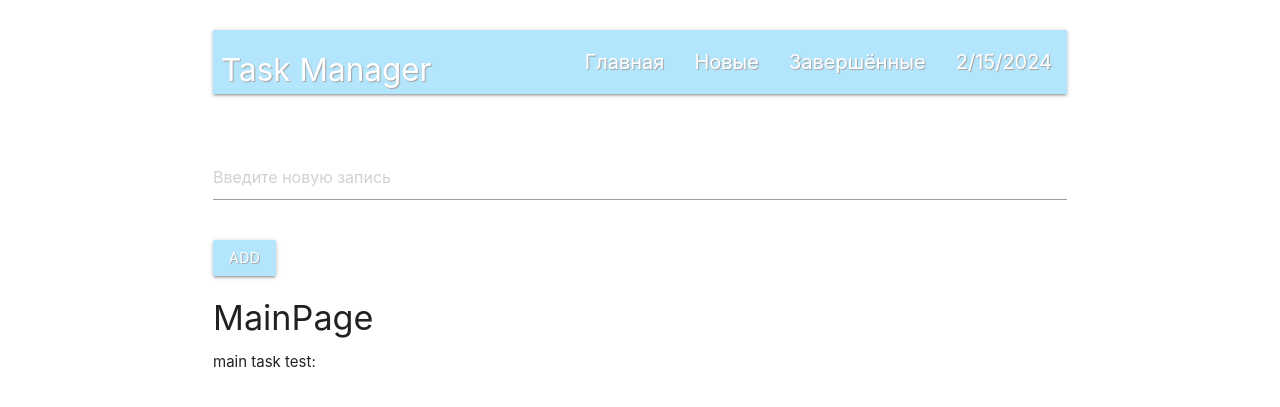
Repository: iveivs/myReactTaskManager
Page: /, after clicking the first element matching `button.btn`
The author's editor kept a copy of each file at every save. The page is drawn from the files as they stood at one save, then again after a run of saves.
The browser window is 1280 px wide. The pictures show the whole page.
The project was rebuilt for these pictures with package versions that can differ from the ones it lists, and the page was loaded fresh each time. Also part of the build but not shown: vite.config.js, src/components/DoneTasks.jsx, src/components/NewTasks.jsx.

Above is the page before, as saved 2024-02-15 15:17:22.

### index.html
<!doctype html>
<html lang="en">
  <head>
    <meta charset="UTF-8" />
    <link rel="icon" type="image/svg+xml" href="/vite.svg" />
    <meta name="viewport" content="width=device-width, initial-scale=1.0" />
    <link rel="stylesheet" href="https://cdnjs.cloudflare.com/ajax/libs/materialize/1.0.0/css/materialize.min.css">
    <link href="https://fonts.googleapis.com/icon?family=Material+Icons" rel="stylesheet">
    <title>Task Manager</title>
  </head>
  <body>
    <div id="root"></div>
    <script type="module" src="/src/main.jsx"></script>
  </body>
</html>

### src/main.jsx
import React from 'react'
import ReactDOM from 'react-dom/client'
import { BrowserRouter } from 'react-router-dom';
import App from './App.jsx'
import './index.css'

ReactDOM.createRoot(document.getElementById('root')).render(
  <BrowserRouter>
    <App />
  </BrowserRouter>,
)

### src/App.jsx
import { useState, useEffect } from 'react'
import { Routes, Route } from 'react-router-dom'
import './App.css'
import DoneTasks from './components/DoneTasks'
import Header from './components/Header'
import MainPage from './components/MainPage'
import NewTasks from './components/NewTasks'
import { DataContext } from './components/DataContext'

function App() {
  const [input, setInput] = useState('')
  const [tasks, setTasks] = useState()


  // localStorage.setItem('tasks', JSON.stringify(tasks))
  const renderLocalStorageData = () => {
    const data = localStorage.getItem("tasks")
    console.log(data);
    if (data) {
        return JSON.parse(data);
    } else {
        return []
    }
}

useEffect(()=> {
  setTasks(renderLocalStorageData)
}, [])

  const handleChange = (event) => {
    setInput(event.target.value)
  }

  const handleClick = () => {
    let id = tasks.length > 0 ? tasks[tasks.length - 1].id + 1 : 1
    const newTask = {
      task: input,
      id: id
    }
    // console.log('newTask',newTask);

    setTasks([...tasks, newTask])

    localStorage.setItem('tasks', JSON.stringify(tasks))

    setInput('')
    console.log('tasks',tasks);
  }

  return (
    <>
    <DataContext.Provider value={{
      tasks,
      setTasks
    }}>
      <div className="container">
        <Header  />
        <input
          placeholder='Введите новую запись'
          className='inputMain'
          value={input}
          onChange={(e) => handleChange(e)}
          type="text" />
        <button className='btn light-blue lighten-4' onClick={handleClick}>ADD</button>
        <Routes>
          <Route index element={<MainPage />} />
          <Route path="/new" element={<NewTasks />} />
          <Route path="/done" element={<DoneTasks  />} />
        </Routes>

        {/* { input && <h4>{input}</h4> } */}
        {/* { tasks && (
          tasks.map(e => <p key={e}>task: {e}</p>)
        )} */}
      </div>
      </DataContext.Provider>
    </>
  )
}

export default App

### src/index.css

.nav-wrapper {
    padding-left: 8px;
    text-shadow: 1px 1px 1px #a3a3a3;
    /* display: flex ;
    flex-direction: row;
    justify-content: space-between;
    align-items: center; */
}
.nav-wrapper ul li {
    font-size: 24px !important;
}
.listItem{
    font-size: 18px !important;
}
.btn {
    text-shadow: 1px 1px 1px #a3a3a3;

}
.inputMain {
    margin-bottom: 40px !important ;
}
nav {
    margin-bottom: 60px;
}
/* nav {
    background-color: #b3e5fc
} */

### src/App.css
#root {
  max-width: 1280px;
  margin: 0 auto;
  padding: 2rem;

}

### src/components/Header.jsx
import { Link } from "react-router-dom";
import DateElement from "./DateElement";

export default function Header() {
    return (
        <nav className="light-blue lighten-4">
            <div className="nav-wrapper">
                <h4 className="brand-logo">
                    Task Manager
                </h4>
                {/* <* id="nav-mobile" className="right hide-on-med-and-down"> */}
                <ul className="right">
                    <li className="listItem" >
                        <Link style={{fontSize: '20px'}} to="/">Главная</Link>
                    </li>
                    <li>
                        <Link style={{fontSize: '20px'}} to="/new">Новые</Link>
                    </li>
                    <li>
                        <Link style={{fontSize: '20px'}} to="/done">Завершённые</Link>
                    </li>
                    <li >
                        <Link style={{fontSize: '20px'}}> {<DateElement  />}</Link>
                    </li>

                </ul>

            </div>
        </nav>
    );
}

// export default function Header() {
//     document.addEventListener('DOMContentLoaded', function() {
//         const elems = document.querySelectorAll('.sidenav');
//         var instances = M.Sidenav.init(elems, options);
//     });

//     return (
//         <>
//             <nav>
//                 <div className="nav-wrapper">
//                     <a href="#!" className="brand-logo">Logo</a>
//                     <a href="#" data-target="mobile-demo" className="sidenav-trigger"><i className="material-icons">menu</i></a>
//                     <ul className="right hide-on-med-and-down">
//                         <li>
//                             <Link to="/">Главная</Link>
//                         </li>
//                         <li>
//                             <Link to="/new">Новые</Link>
//                         </li>
//                         <li>
//                             <Link to="/done">Завершённые</Link>
//                         </li>
//                         <li>
//                             <DateElement  />
//                         </li>
//                     </ul>
//                 </div>
//             </nav>

//             <ul className="sidenav" id="mobile-demo">
//                 <li>Sass</li>
//                 <li><a href="badges.html">Components</a></li>
//                 <li><a href="collapsible.html">Javascript</a></li>
//                 <li><a href="mobile.html">Mobile</a></li>
//             </ul>
//         </>

//     );
// }

### src/components/MainPage.jsx
import { useEffect } from "react"
import { DataContext } from "./DataContext"
import { useContext } from "react"

export default function MainPage () {
    const { tasks } = useContext(DataContext)
    // console.log(tasks);
    return (
        <div>
            <h4>MainPage</h4>
            { tasks && (
                tasks.map(task => (
                    <p key={task.id }>main task test: {task.task}</p>
                ))
            )}
        </div>
    )
}

### src/components/DataContext.js
import { createContext } from "react"
const initialState = {
    tasks: [],
    loading: false,
    setTasks: () => {
    }
}

export const DataContext = createContext(initialState)

### src/components/DateElement.jsx
import { useEffect, useState } from "react"

export default function DateElement () {
    const [now, setNow] = useState(new Date())

    useEffect
    return (
        <>

            {/* <p>{now.toLocaleDateString()}</p> */}
            {now.toLocaleDateString()}

        </>
    )
}

After the next 2 saves:
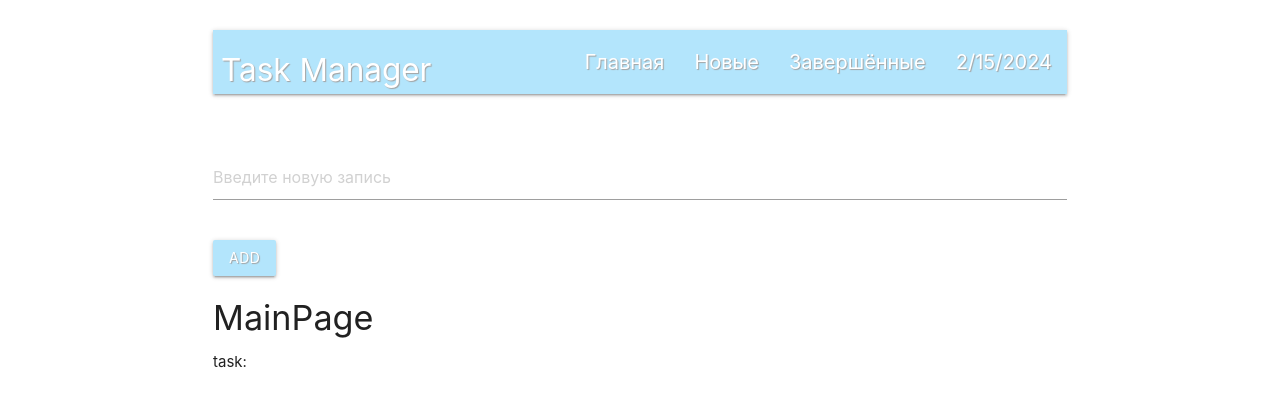
The 2 saves are shown as one change because they came seconds apart.
The last was saved 24 s later.
--- a/src/components/MainPage.jsx
+++ b/src/components/MainPage.jsx
@@ -10,7 +10,7 @@ export default function MainPage () {
             <h4>MainPage</h4>
             { tasks && (
                 tasks.map(task => (
-                    <p key={task.id }>main task test: {task.task}</p>
+                    <p key={task.id }>task: {task.task}</p>
                 ))
             )}
         </div>
